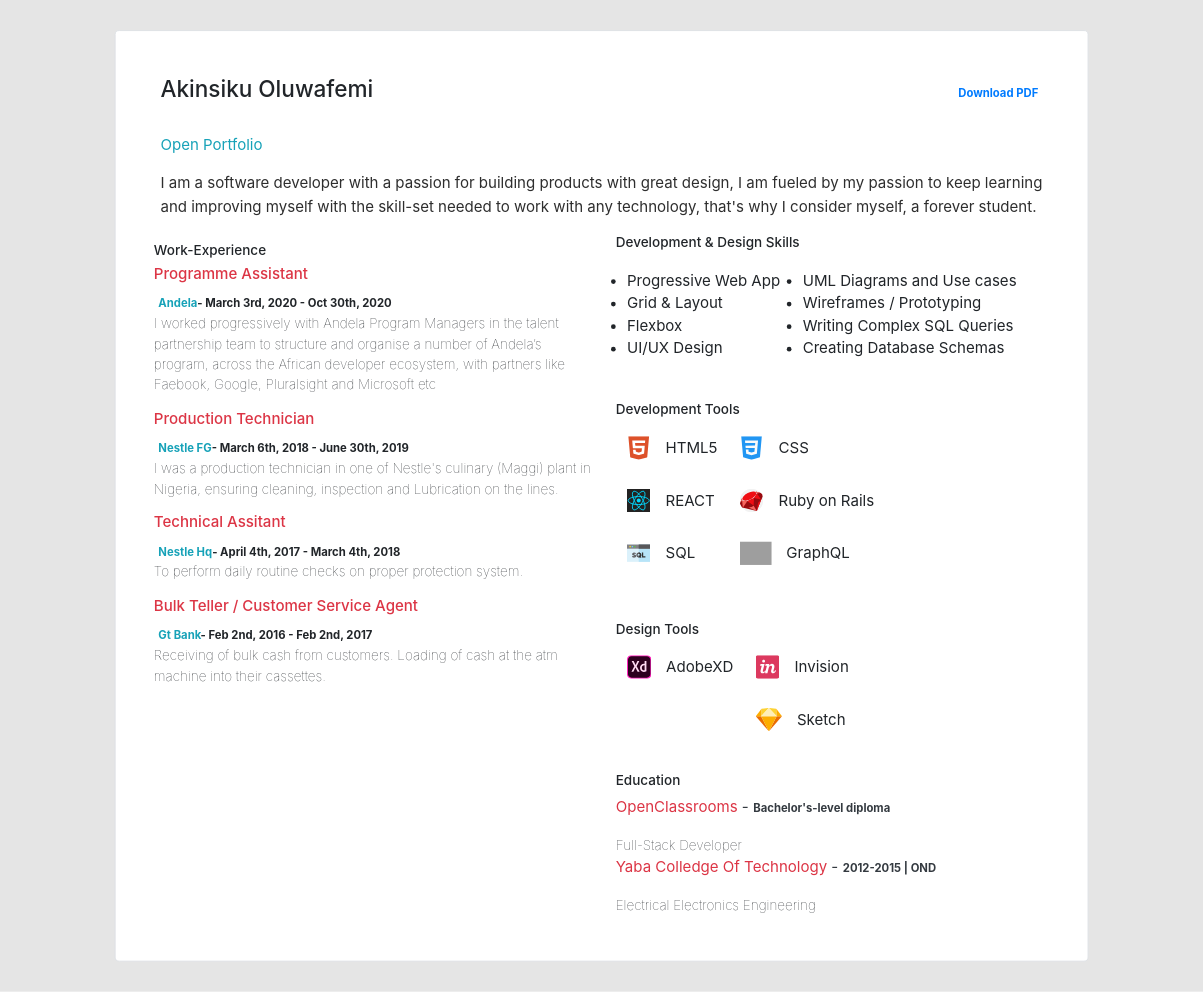
Repository: akinsikuoluwafemi/resume
Page: index.html
The author's editor kept a copy of each file at every save. The page is drawn from the files as they stood at one save, then again after a run of saves.
The browser window is 1280 px wide. The pictures show the whole page, at 94% of full size.
Pictures or frames that could not be fetched are drawn as grey boxes. The style sheet was rebuilt from its Sass, Less or Tailwind sources for each picture, by a compiler version that may differ from the author's.

Above is the page before, as saved 2021-01-13 23:40:40.

After the next 2 saves:
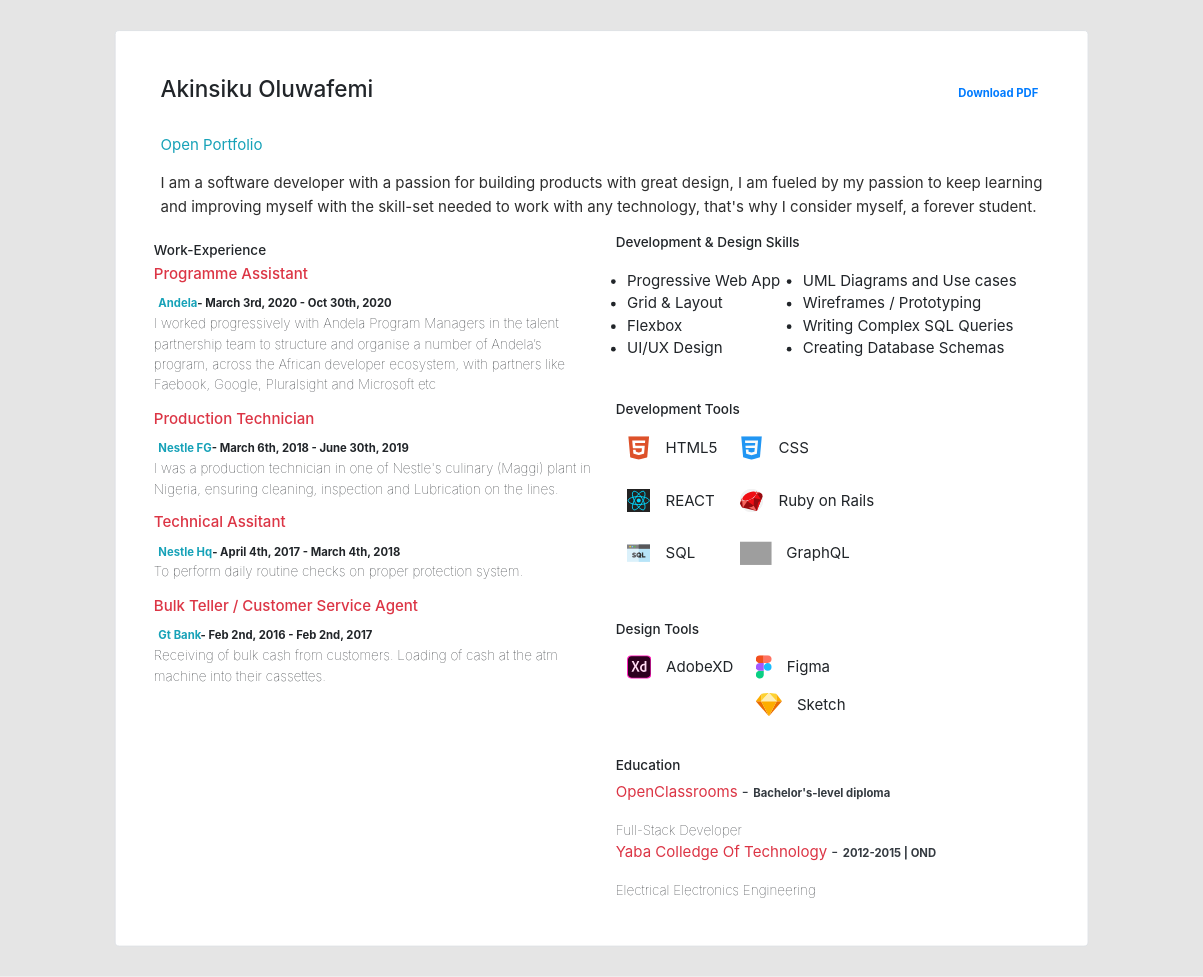
The 2 saves are shown as one change because they came seconds apart.
The last was saved 11 s later.
--- a/index.html
+++ b/index.html
@@ -197,9 +197,13 @@
                             </ul>
                             <ul class="list__item ">
 
-                                  <div class="d-flex mb-3">
+                                  <!-- <div class="d-flex mb-3">
                                     <img src="./images/invision.svg" />
                                     <p class="ml-3">Invision</p>
+                                </div> -->
+                                  <div class="d-flex ">
+                                    <img src="./images/figma-1.svg" />
+                                    <p class="ml-3">Figma</p>
                                 </div>
                                 <div class="d-flex ">
                                     <img src="./images/sketch-2.svg" />
